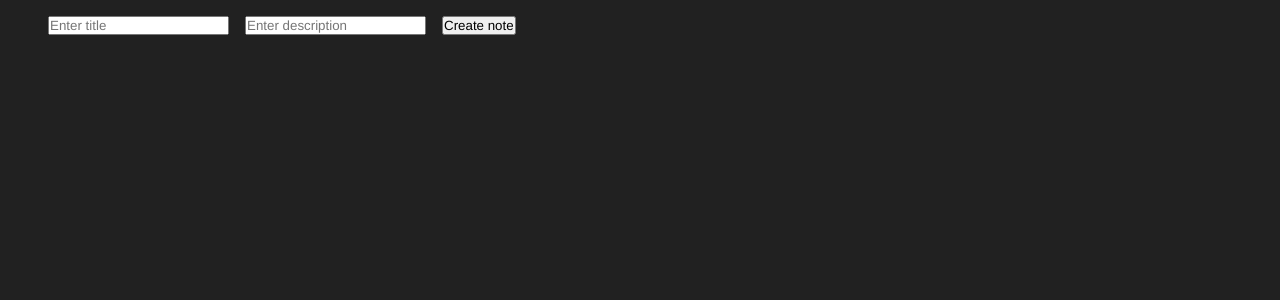
Repository: nileshwankhede03/The-Origin-Backend
Page: / (app in Fullstack/Frontend/FrontEnd/)
An editor plug-in stored every save of this project. The page is shown before and after a run of saves, followed by the edit.
The browser window is 1280 px wide. The pictures show the whole page.
The page's requests for data from a server got no answer. The project was rebuilt for these pictures with package versions that can differ from the ones it lists, and the page was loaded fresh each time. No one was signed in, and anything a server would have sent is missing. Also part of the build but not shown: Fullstack/Frontend/FrontEnd/vite.config.js.

Above is the page before, as saved 2026-02-02 22:27:29.

After the next 5 saves:
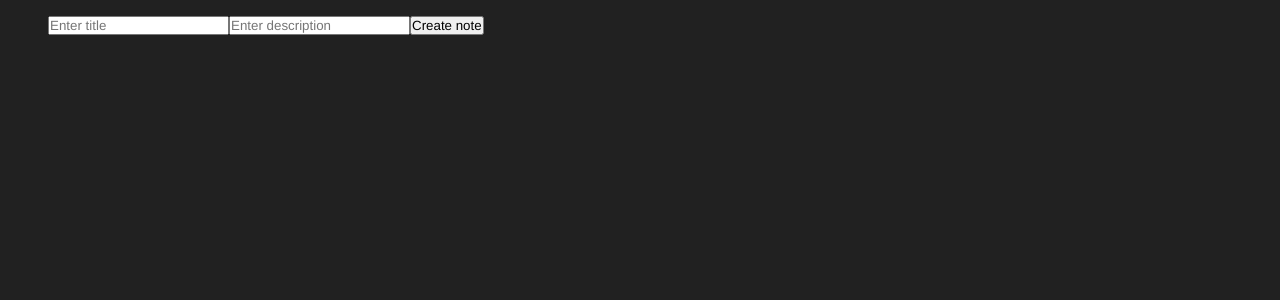
The 5 saves are shown as one change because they came seconds apart.
The last was saved 54 s later.
--- a/Fullstack/Frontend/FrontEnd/src/index.css
+++ b/Fullstack/Frontend/FrontEnd/src/index.css
@@ -32,6 +32,8 @@ html{
 }
 
 .note-create-form{
+  height: 1rem;
+  max
   display: flex;
   gap: 1rem;
   padding-inline: 3rem;
